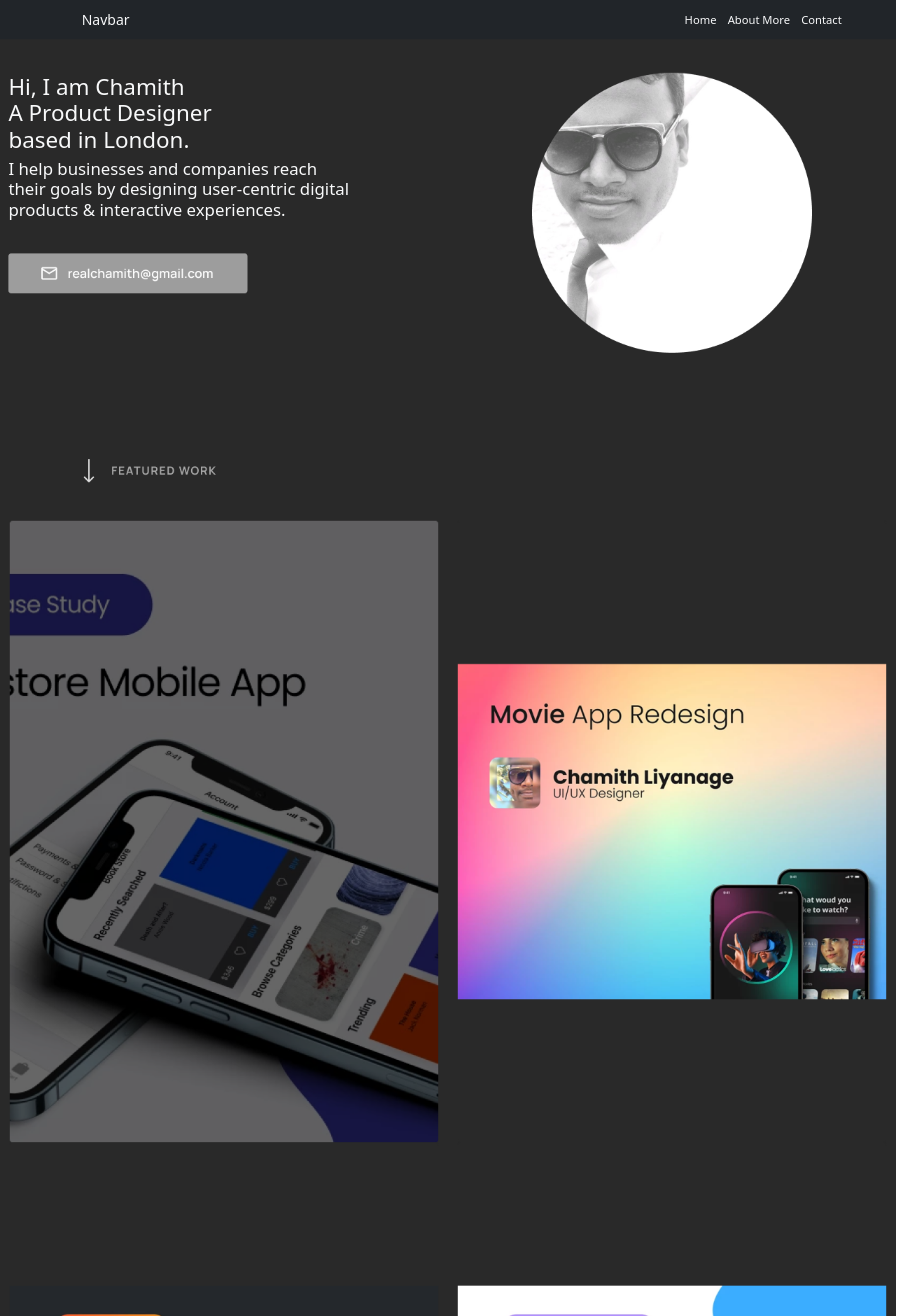
Repository: Realchamithweb/chamith-html
Page: index.html
These files come from the project's save history. The page is drawn as it stood at one moment and after a run of saves; the edit follows.
The browser window is 1280 px wide. The page is 1292 px wide, so the pictures cover 1292 px, including what lies to the right of the window. The pictures show the part of the page from y = 0 to 1880 px (the page is 4129 px tall), at 70% of full size.

Above is the page before, as saved 2023-01-04 12:15:12.

After the next 2 saves:
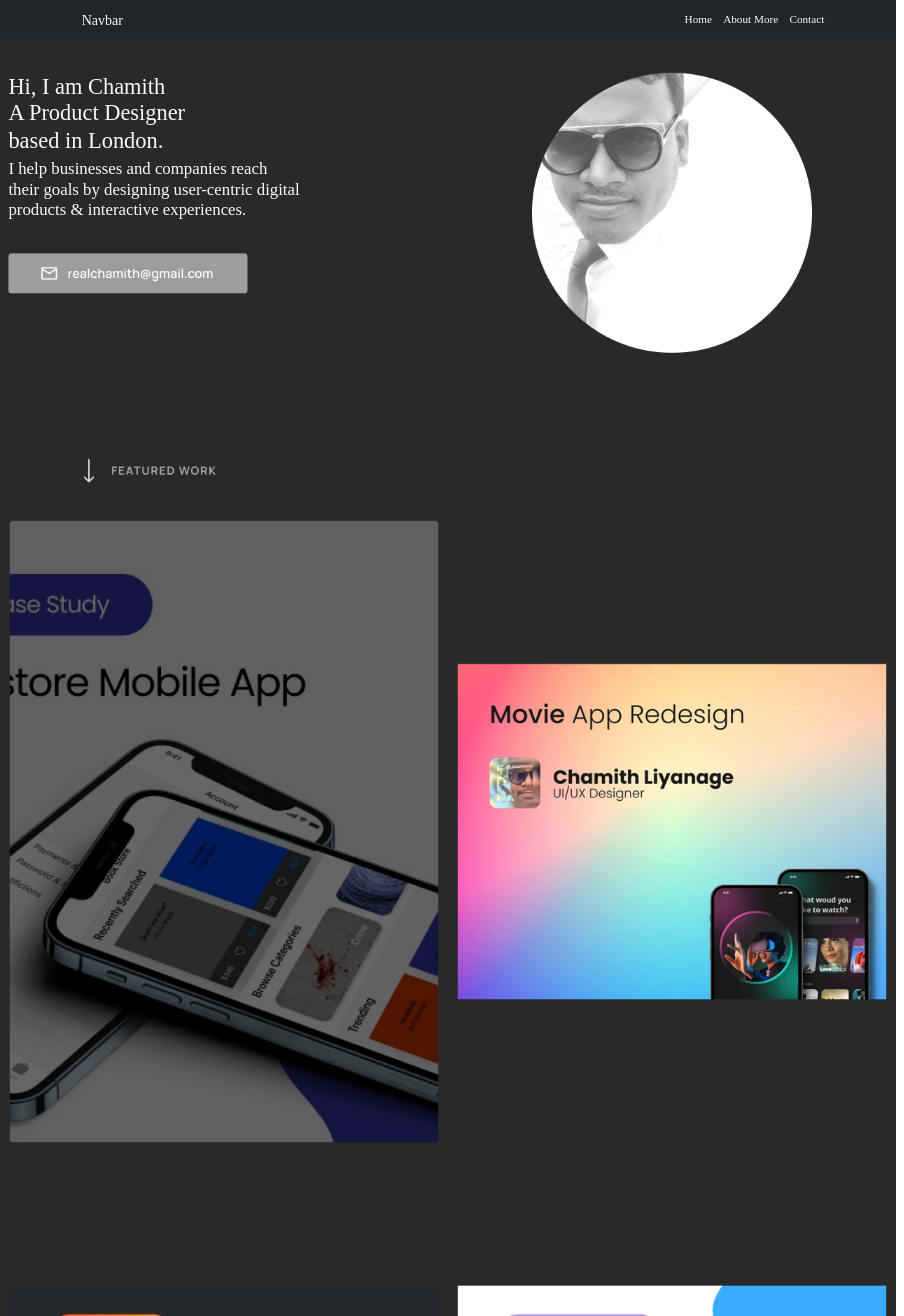
The 2 saves are shown as one change because they came seconds apart.
The last was saved 8 s later.
--- a/css/style.css
+++ b/css/style.css
@@ -1,7 +1,6 @@
 .main{
     background-color: #292929;
-    .css-selector {
-        font-family: 'Font Name', serif;
+    font-family: 'Font Name', serif;
 
 }
 
